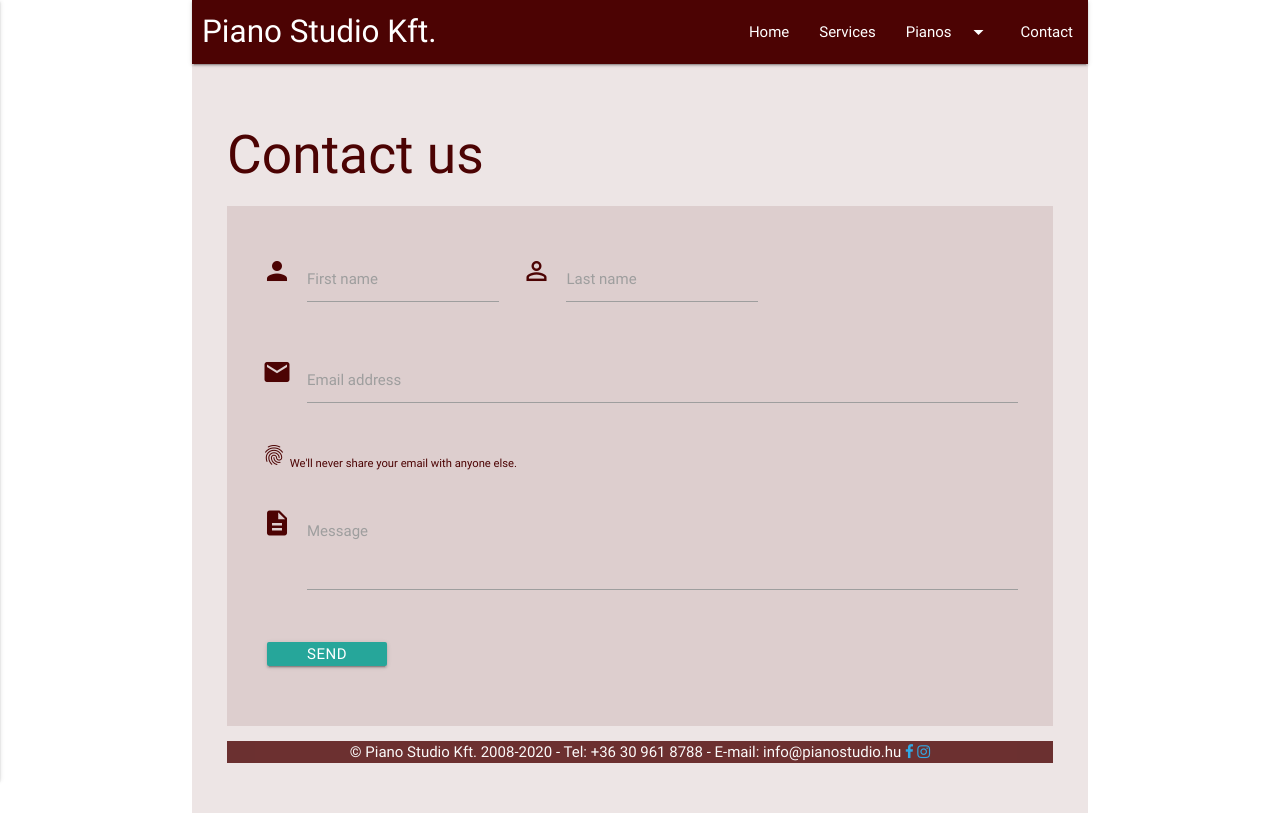
Repository: badiattila/pianostudioheroku
Page: http://localhost/contact
The author's editor kept a record of every edit. The page is drawn from the files as they stood at one moment, then again after the next edit.
The browser window is 1280 px wide. The pictures show the whole page.
Some web libraries are served in a nearby version. The page is served by the project's application, run on Flask 3 (app.py).

Above is the page before.
Console error: ReferenceError: emailjs is not defined

### templates/contact.html
{% extends 'base.html' %} {% block head %}
<!-- emailjs.com scripts -->
<script type="text/javascript" src="https://cdn.jsdelivr.net/npm/emailjs-com@2.4.1/dist/email.min.js"></script>
<script type="text/javascript">
  (function() {
    emailjs.init('user_etFwEOqQcbe4PMbXxH07G');
  })();
</script>
<script type="text/javascript">
  window.onload = function() {
    document.getElementById('contact-form').addEventListener('submit', function(event) {
      event.preventDefault();
      // generate the contact number value
      this.contact_number.value = Math.random() * 100000 | 0;
      emailjs.sendForm('gmail', 'trio', this);
    });
  }
</script>
{% endblock %} {% block content %}

<!-- Contact Form  TODO -->
<div class="op" id="contact">
  <h2>Contact us </h2>

  <form id="contact-form" class="op">
    <input type="hidden" name="contact_number">

    <div class="row">
      <div class="input-field col s4">
        <i class="material-icons prefix">person</i>
        <input id="InputFirstName" name="user_fname" type="text" class="validate" required>
        <label for="InputFirstName">First name</label>
      </div>
      <div class="input-field col s4">
        <i class="material-icons prefix">person_outline</i>
        <input id="InputLastName" name="user_sname" type="text" class="validate" required>
        <label for="InputLastName">Last name</label>
      </div>
    </div>

    <div class="row">
      <div class="input-field col s12">
        <i class="material-icons prefix">email</i>
        <label for="InputEmail1">Email address</label>
        <input type="email" class="validate" id="InputEmail1" aria-describedby="emailHelp" name="user_email" required>
      </div>
    </div>

    <div class="row">
      <div class="col s12">
        <i class="material-icons prefix">fingerprint</i>
        <small id="emailHelp" class="form-text text-muted">We'll never share your email with anyone else.</small>
      </div>
    </div>


    <div class="row">
      <div class="input-field col s12">
        <i class="material-icons prefix">description</i>
        <label for="InputMessage">Message</label>
        <textarea class="materialize-textarea" id="Message" name="message"></textarea>
      </div>
    </div>
    <div class="row s12">
            <div class="col s12">

      <input type="submit" value="Send" class="btn btn_mid ">
    </div>
  </form>

</div>

{% endblock %}

### templates/base.html
<!DOCTYPE html>

<html lang="en">

<head>

    <!-- Meta tags -->
    <meta charset="utf-8">
    <!-- Font awsome -->
    <link rel="stylesheet" href="https://maxcdn.bootstrapcdn.com/font-awesome/4.7.0/css/font-awesome.min.css" type="text/css" />
    <!-- Hover -->
    <link rel="stylesheet" href="https://cdnjs.cloudflare.com/ajax/libs/hover.css/2.1.1/css/hover-min.css" type="text/css" />
    <!-- Material icons by Google -->
    <link href="https://fonts.googleapis.com/icon?family=Material+Icons" rel="stylesheet">
    <!-- Compiled and minified materialize CSS -->
    <link rel="stylesheet" href="https://cdnjs.cloudflare.com/ajax/libs/materialize/0.100.2/css/materialize.min.css">
    <!-- Specific Css for this website -->
    <link rel="stylesheet" href="{{url_for('static', filename='css/style.css')}}" type="text/css" />

    <title>Piano Studio Kft. - Services - </title>
    <link href="{{url_for('static', filename='pictures/favicon.ico')}}" rel="shortcut icon" type="image/x-icon" />
    <meta name="description" content="Piano rental, tuning and repair - Piano Studio Kft." />
    <meta name="keywords" content="Piano rental,piano tuning,piano repair,piano studio" />
    <meta name="copyright" content="Piano Studio Kft." />
    <meta name="author" content="Attila Badi/Piano Studio Kft." />
    <meta name="email" content="info@pianostudio.hu" /> {% block head %} {% endblock %}


</head>

<body>
    <div class="container">
        <header>
            <ul id="dropdown2" class="dropdown-content">
                <li><a href="{{url_for('pianos_for_sale')}}">Sale</a></li>
                <li><a href="{{url_for('createadd')}}">Create Add</a></li>
            </ul>
            <nav>
                <div class="nav-wrapper redbg">
                    <a href="{{url_for('index')}}" class="brand-logo">Piano Studio Kft.</a>
                    <a href="#" data-activates="mobile-demo" class="button-collapse"><i class="material-icons">menu</i></a>
                    <ul id="nav-mobile" class="right hide-on-med-and-down">
                        <li><a href="{{url_for('index')}}">Home</a></li>
                        <li><a href="{{url_for('services')}}">Services</a></li>
                        <!-- Dropdown Trigger -->
                        <li><a class="dropdown-trigger" href="#!" data-target="dropdown2">Pianos<i class="material-icons right">arrow_drop_down</i></a></li>

                        <li><a href="{{url_for('contact')}}">Contact</a></li>
                    </ul>
                    <ul class="side-nav" id="mobile-demo">
                        <li><a href="{{url_for('index')}}">Home</a></li>
                        <li><a href="{{url_for('services')}}">Services</a></li>
                        <li><a href="{{url_for('pianos_for_sale')}}">Sale</a></li>
                        <li><a href="{{url_for('createadd')}}">Create Add</a></li>
                        <li><a href="{{url_for('contact')}}">Contact</a></li>
                    </ul>
                </div>
            </nav>

        </header>
        {% block content %} {% endblock %}

        <footer class="footer redbg">
            <p>&copy; Piano Studio Kft. 2008-2020 - Tel: +36 30 961 8788 - E-mail: info@pianostudio.hu
                <a target="_blank" href="https://www.facebook.com/zongoraterem"><i class="fa fa-facebook" aria-hidden="true"></i></a>
                <a target="_blank" href="https://www.instagram.com/pianostudiokft"><i class="fa fa-instagram" aria-hidden="true"></i></a>
            </p>
        </footer>
    </div>

    <script src="https://code.jquery.com/jquery-3.4.1.min.js" integrity="sha256-CSXorXvZcTkaix6Yvo6HppcZGetbYMGWSFlBw8HfCJo=" crossorigin="anonymous"></script>
    <script src="https://cdnjs.cloudflare.com/ajax/libs/materialize/0.100.2/js/materialize.min.js"></script>

    <script>
        $(document).ready(function() {
            $('.modal').modal();
            $('.dropdown-trigger').dropdown();
            $('.collapsible').collapsible();
            $('select').material_select();
            $('.button-collapse').sideNav();
        });
    </script>

</body>

</html>

### app.py
import os
from flask import Flask, render_template, redirect, request, url_for
from flask_pymongo import PyMongo
from bson.objectid import ObjectId
from flask_mail import Mail, Message

app = Flask(__name__)

app.config["MONGO_DBNAME"] = 'piano_studio'
app.config["MONGO_URI"] = 'mongodb://attilabadi:K00nK00n1234@mycodeinstitutecluster-shard-00-00-wpsfr.mongodb.net:27017,mycodeinstitutecluster-shard-00-01-wpsfr.mongodb.net:27017,mycodeinstitutecluster-shard-00-02-wpsfr.mongodb.net:27017/piano_studio?ssl=true&replicaSet=MyCodeInstituteCluster-shard-0&authSource=admin&retryWrites=true&w=majority'
mongo = PyMongo(app)

app.config.update(
	DEBUG=True,
	#EMAIL SETTINGS
	MAIL_SERVER='mail.pianostudio.hu',
	MAIL_PORT=465,
	MAIL_USE_SSL=True,
	MAIL_USERNAME = 'contact@pianostudio.hu',
	MAIL_PASSWORD = os.environ.get('SMTPPW')
	)
mail = Mail(app)

@app.route('/')
@app.route('/index')
def index():
        return render_template("index.html")

@app.route('/contact')
def contact():
        return render_template("contact.html")

@app.route('/services')
def services():
        return render_template("services.html")

@app.route('/pianos_for_sale')
def pianos_for_sale():
        return render_template("pianos_for_sale.html", pianos=mongo.db.pianos_4_sale.find(), images=mongo.db.pianos_4_sale.find())

@app.route('/createadd')
def createadd():
        return render_template("create_add.html")

@app.route('/insert_add', methods=['POST'])
def insert_add():
        file_id = mongo.save_file(request.files['picture'].filename, request.files['picture'])
        mongo.db.pianos_4_sale.insert({
            'brand': request.form.get('brand') ,
            'description' : request.form.get('description') ,
            'age' : request.form.get('age') ,
            'price' : request.form.get('price') ,
            'file_name' : request.files['picture'].filename})
        return redirect(url_for('pianos_for_sale'))

@app.route('/file/<file_name>')
def file(file_name):
    return mongo.send_file(file_name)

@app.route('/delete_piano/<piano_id>')
def delete_piano(piano_id):
    mongo.db.pianos_4_sale.remove({'_id': ObjectId(piano_id)})
    return redirect(url_for('pianos_for_sale'))

@app.route('/edit_piano/<piano_id>')
def edit_piano(piano_id):
    return render_template('edit_piano.html', piano=mongo.db.pianos_4_sale.find_one({"_id": ObjectId(piano_id)}))


@app.route('/update_piano/<piano_id>', methods=['POST'])
def update_piano(piano_id):
    file_id = mongo.save_file(request.files['picture'].filename, request.files['picture'])
    mongo.db.pianos_4_sale.update( {'_id': ObjectId(piano_id)},
    {
            'brand': request.form.get('brand') ,
            'description' : request.form.get('description') ,
            'age' : request.form.get('age') ,
            'price' : request.form.get('price') ,
            'file_name' : request.files['picture'].filename
    })
    return redirect(url_for('pianos_for_sale'))

@app.route('/send_mail/', methods=['POST'])
def send_mail():
	try:
		msg = Message("Contact form mail from pianostudio",
		  sender=request.form.get('user_email'),
		  recipients=["attila.badi@gmail.com"])
		msg.body = request.form.get('message')
		mail.send(msg)
		return 'Mail sent!'
	except:
		return "Something went wrong"

if __name__ == '__main__':
    app.run(host=os.environ.get('IP'),
        port=int(os.environ.get('PORT')),
        debug=True)

### static/css/style.css
.left {
  float: left;
}

.right {
  float: right;
}

/* Picture formatting for gallery and teaser pictures */

.right-teaser {
  padding: 1px;
  border: 1px solid #4c0303;
  float: right;
  margin: 0 0 1em 1em;
  width: 12vw;
}

.galery-pic {
  padding: 1px;
  border: 1px solid #4c0303;
  margin: 0 0 1em 1em;
  width: 12vw;
}

.btn_small {
  height: 24px;
  width: 60px;
  line-height: 24px;
  margin: 5px 5px;
  padding: 0 0.5em;
}

.btn_mid {
  height: 24px;
  width: 120px;
  line-height: 24px;
  margin: 5px 5px;
  padding: 0 0.5em;
}

.footer {
  color: white;
  opacity: 0.8;
  filter: alpha(opacity=80);
  text-align: center;
}

.redbg {
  background-color: #4c0303;
}

.nav-wrapper {
  padding-left: 10px;
}

/* Opacity classes for different elements */

.op {
  background: rgba(76, 3, 3, 0.1);
  /*background with 30% opacity */
  color: rgba(76, 3, 3);
  padding: 35px;
  margin-bottom: 15px;
}

.dropdown-content {
  width: max-content !important;
  height: auto !important;
}

/* ID based background behaviour */
#intro {
    background-attachment: scroll;
    background-image: url('../pictures/4k-wallpaper-close-up-fingers-1246437.jpg');
    background-position: center;
    background-size: cover;
    width: 100vw;
    background-repeat: no-repeat;
    position: relative;
}

After the next edit:
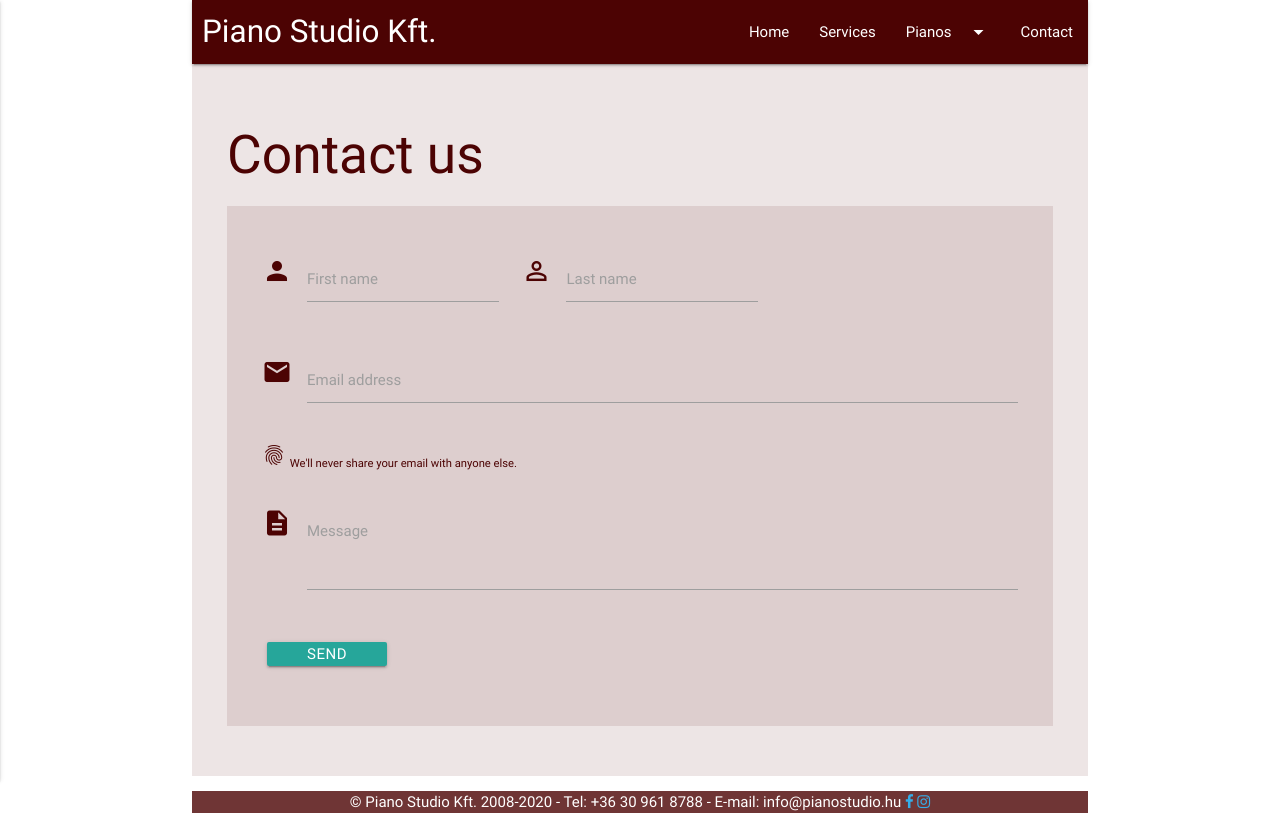
The edit:
--- a/templates/contact.html
+++ b/templates/contact.html
@@ -61,10 +61,10 @@
         <textarea class="materialize-textarea" id="Message" name="message"></textarea>
       </div>
     </div>
-    <div class="row s12">
-            <div class="col s12">
-
-      <input type="submit" value="Send" class="btn btn_mid ">
+    <div class="row">
+      <div class="col s12">
+        <input type="submit" value="Send" class="btn btn_mid ">
+      </div>
     </div>
   </form>
 
